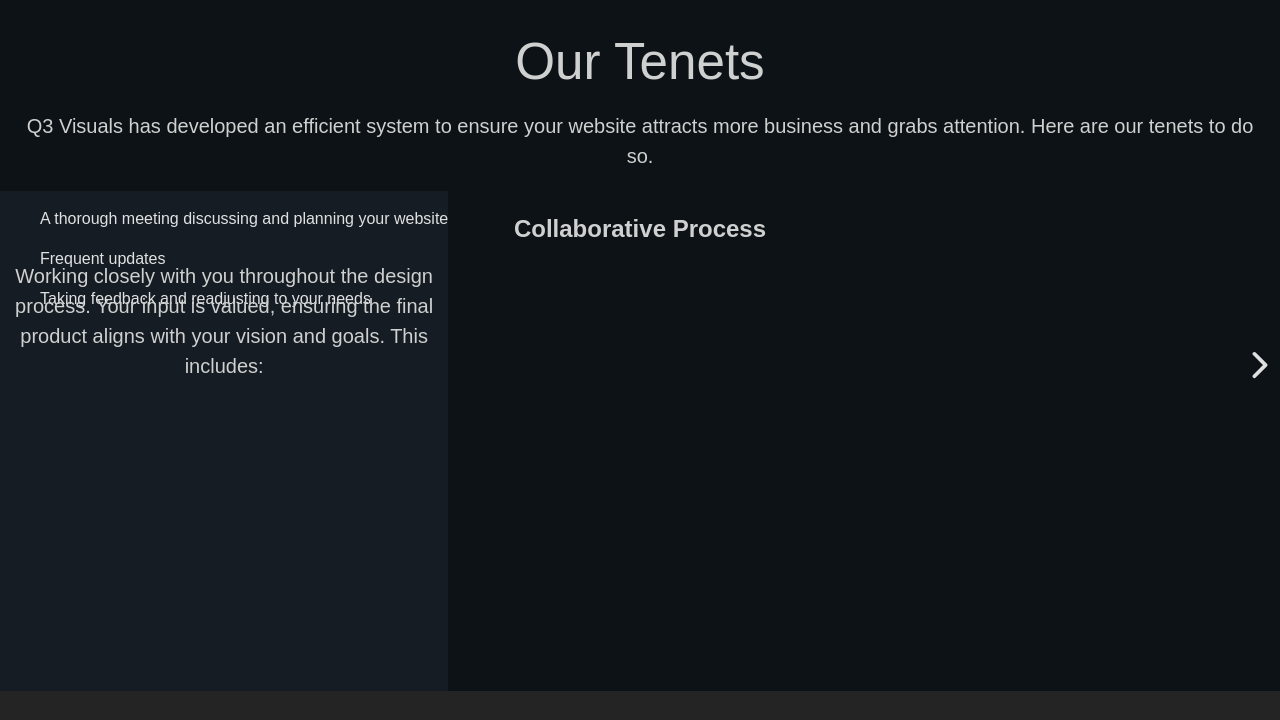
Repository: TMuse333/quantumDesigns
Page: /process
These files come from the project's save history. The page is drawn as it stood at one moment and after a run of saves; the edit follows.
The browser window is 1280 px wide. The pictures show the whole page.
The project was rebuilt for these pictures with package versions that can differ from the ones it lists, and the page was loaded fresh each time. Also part of the build but not shown: vite.config.js, src/styles/navbar.css, src/components/navbar.jsx, src/styles/herobanner.css, src/components/Herobanner.jsx, src/components/intro.jsx, src/styles/tenets.css, src/components/tenets.jsx and 8 more.

Above is the page before, as saved 2023-12-16 19:25:12.

### index.html
<!doctype html>
<html lang="en">
  <head>
    <meta charset="UTF-8" />
    <link rel="icon" type="image/svg+xml" href="/vite.svg" />
    <link rel="preconnect" href="https://fonts.googleapis.com">
<link rel="preconnect" href="https://fonts.gstatic.com" crossorigin>
<link href="https://fonts.googleapis.com/css2?family=Noto+Sans+Linear+A&display=swap" rel="stylesheet" integrity="your-integrity-value" crossorigin="anonymous">

<link rel="preconnect" href="https://fonts.googleapis.com">
<link rel="preconnect" href="https://fonts.gstatic.com" crossorigin>
<link href="https://fonts.googleapis.com/css2?family=Noto+Sans+Linear+A&family=Open+Sans:ital@1&display=swap" rel="stylesheet">
<link rel="stylesheet" href="https://fonts.googleapis.com/css2?family=Roboto:wght@400;700&display=swap">


    <meta name="viewport" content="width=device-width, initial-scale=1.0" />
    <title>Vite + React</title>
  </head>
  <body>
    <div id="root"></div>
    <script type="module" src="/src/main.jsx"></script>
  </body>
</html>

### src/main.jsx
import './index.css'
import * as React from 'react';
import { StrictMode } from 'react';
import { createRoot } from 'react-dom/client';
import { BrowserRouter } from 'react-router-dom';

import App from './App';

const rootElement = document.getElementById('root');
const root = createRoot(rootElement);

root.render(
  <StrictMode>
    <BrowserRouter>
      <App />
    </BrowserRouter>
  </StrictMode>
);

### src/index.css
:root {
  font-family: Inter, system-ui, Avenir, Helvetica, Arial, sans-serif;
  line-height: 1.5;
  font-weight: 400;

  color-scheme: light dark;
  color: rgba(255, 255, 255, 0.87);
  background-color: #242424;

  font-synthesis: none;
  text-rendering: optimizeLegibility;
  -webkit-font-smoothing: antialiased;
  -moz-osx-font-smoothing: grayscale;
}

html{
  overflow-x: hidden;
}

a {
  font-weight: 500;
  color: #646cff;
  text-decoration: inherit;
}
a:hover {
  color: #535bf2;
}

body {
  margin: 0;
  padding:0;
  display: flex;
  place-items: center;
  min-width: 100vw;
  min-height: 100vh;
  overflow-x: hidden;
}

h1 {
  font-size: 3.2em;
  line-height: 1.1;
}

button {
  border-radius: 8px;
  border: 1px solid transparent;
  padding: 0.6em 1.2em;
  font-size: 1em;
  font-weight: 500;
  font-family: inherit;
  background-color: #1a1a1a;
  cursor: pointer;
  transition: border-color 0.25s;
}
button:hover {
  border-color: #646cff;
}
button:focus,
button:focus-visible {
  outline: 4px auto -webkit-focus-ring-color;
}

### src/App.jsx
import { useState } from 'react'
import { Link } from 'react-router-dom'



import './App.css'
import Navbar from './components/navbar'
import Layout from './components/layout'
import Testimonials from "./components/testimonials";
import {
  BrowserRouter as Router,

  Route, Routes

} from "react-router-dom";
import Process from './components/process'

function App() {
  const [count, setCount] = useState(0)

  return (
    <>

    <Routes>

      <Route path='/'
      element={<Layout/>}
      />

      <Route path='process' element={<Process/>}>

      </Route>


    </Routes>




     </>
  )
}

export default App

### src/App.css
#root {
  max-width: 1280px;
  margin: 0 auto;

  text-align: center;
}

:root{
  /* --primary-color:rgb(5, 23, 111); */
  --tag-color:rgb(10, 9, 17);
  --primary-color:rgb(13, 18, 22);
}

.layout{
  width:100vw;
  margin-top: -5rem;
  position: absolute;
  left:0;
  top:120px;
  background-color: var( --primary-color);
  /* overflow-x: hidden; */

}

.before-title-text{
 font-weight: bold;
 margin-bottom: -0.5rem;
}

.bold-700{
  font-weight: 700;
}

.title-text{
  width:100vw;
  font-weight: 350;
  /* font-size: 35px; */
  margin-bottom: 0.1rem;

  margin-bottom: 1rem;
  font-family: 'spartan',sans-serif;
  color:#cfd0d0;

}

.description-text{
  padding: 0 15px 0 15px;
    font-family: 'Palatino Sans', 'Palatino Sans Informal', 'Palatino Sans Text', 'Palatino Sans W1G', 'Palatino Sans W01', sans-serif;
font-weight: 300;
font-size: 20px;
color:#cfd0d0

}

.button {
  display: inline-block;
  padding: 12px 24px;
  font-size: 16px;
  font-weight: bold;
  text-align: center;
  text-decoration: none;
  cursor: pointer;
  border: 2px solid #00bfff; /* Quantum blue color */
  color: #00bfff;
  background-color: transparent;
  border-radius: 8px;
  transition: background-color 0.3s ease, color 0.3s ease;
  width:max-content;
  margin-left: auto;
  margin-right: auto;
  margin-bottom: 3rem;
}

.button:hover {
  background-color: #00bfff; /* Quantum blue color on hover */
  color: #fff; /* White text on hover */
}

### src/components/process.jsx
import React from "react";
import { useState } from "react";
import '../styles/process.css'
import { tenets } from "./skillDesc";
import { IoIosArrowBack, IoIosArrowForward } from 'react-icons/io';
import { motion, AnimatePresence } from "framer-motion";

const Process = () => {
    const [currentTenet, setCurrentTenet] = useState(0);

    const nextTenet = () => {
        setCurrentTenet((prevIndex) => (prevIndex + 1) % tenets.length);
    };

    const prevTenet = () => {
        setCurrentTenet((prevIndex) => (prevIndex - 1 + tenets.length) % tenets.length);
    };

    return (
        <div className="process-container">
            <h1 className="title-text">Our Tenets</h1>
            <p className="description-text">
                Q3 Visuals has developed an
                efficient system to ensure your website
                attracts more business and grabs attention.
                Here are our tenets to do so.
            </p>


            <div className="arrow-container">
                <IoIosArrowBack className="arrow arrow-left" onClick={prevTenet} />
                <div className="tenet">

                    <AnimatePresence>


                    <motion.h2 key={currentTenet}
                    initial={{ opacity: 0,x: -10 }}
                    animate={{ opacity: 1, x:0 }}
                     exit={{ opacity: 0 }}
                     className="title-text bold-700 tenet-title">{tenets[currentTenet].name}
                    </motion.h2>
                    </AnimatePresence>
                    <p className="description-text tenet-desc">{tenets[currentTenet].description}</p>
                    <ul className="points">
                {tenets[currentTenet].points.map((point, index) => (
                    <li key={index}>{point}</li>
                ))}
            </ul>
                </div>
                <IoIosArrowForward className="arrow arrow-right" onClick={nextTenet} />
            </div>
        </div>
    );
};

export default Process;

### src/styles/testimonial.css
.testimonial-container{
    width:100vw;
    background-color: var(--primary-color);
 padding-bottom: 4rem;
 margin-top: -2rem;
    position: relative;

    /* border: 2px solid white; */
}

.testimonial {
    background-color: black;
    padding-left: 1rem;
    text-align: left;
    padding-bottom: 40px;
    width:80vw;
   display: flex;
   flex-direction: column;
   margin-left: auto;
   margin-right: auto;

}

.quote{

    font-weight: bold;
    font-size: 30px;
}

.effect{
    font-weight: 500;
    font-family: 'spartan',sans-serif;
    font-size: 20px;
}

.author {
    margin-top: 0rem;
    font-weight: bold;
    font-size:20px;
}

.title{
    margin-top: -1rem;
    font-size:20px;
}

.arrow-container{
    display: flex;
}

.arrow{
    position: absolute;
    top:50%;
    font-size: 40px;
}

.arrow-right{
    right:0;
}

.deliver{
    font-size: 30px;
}

### src/components/skillDesc.js
export const tenets = [
    {
        name: "Collaborative Process",
        description: "Working closely with you throughout the design process. Your input is valued, ensuring the final product aligns with your vision and goals."+
        " This includes:",
        points:[
            'A thorough meeting discussing and planning your website',
            'Frequent updates',
            'Taking feedback and readjusting to your needs'
        ]
    },
    {
        name: "Creative and Unique Design",
        description: "Crafting visually captivating and one-of-a-kind designs that reflect the uniqueness of your brand. We prioritize creativity to make your website stand out.",
        points:[
            'Animations to enhance user experience while maintaining simplicity',
            'Emphasizing key words with bold font styles',
            'Infusing dynamic visuals and persuasive typography for get more business.'
        ]
    },

    {
        name: "Primal Human Instincts",
        description: "Q3 Visuals implements techniques based on fundamental aspects of human psychology "+
        'to give your website the highest probability of succeeding. This includes, but certainly not limited to:',
        points:[
            'Visual appeal: Humans are visually oriented beings',
            'Using persuasive typography to create a sense of urgency',
            'Using testimonials as social proof, as humans are drawn to be in groups',

        ]
    },
    {
        name: "3D Models",
        description: "Incorporating dynamic 3D models to enhance the visual appeal of your website. This adds a layer of interactivity and engages visitors in a unique and immersive experience.",
        points:[
            'A thorough meeting discussing and planning your website',
            'Frequent updates',
            'Taking feedback and readjusting to your needs'
        ]
    },

];


export const testimonials = [
    {
        quote: 'He exceeded our expectations!',
        effect: 'Quantum Designs transformed our vision into a stunning website. They are responsive, creative, and delivered beyond our expectations.',
        author: 'Jane Doe',
        title: 'Satisfied Client'
    },
    {
        quote: 'Innovative and highly skilled team!',
        effect: 'Working with Quantum Designs was a game-changer for our online presence. Their innovative approach and technical expertise are commendable.',
        author: 'John Smith',
        title: 'Tech Enthusiast'
    },
    {
        quote: 'Reliable and professional service!',
        effect: 'Quantum Designs provided a reliable and professional service. They were attentive to our needs and delivered a website that truly represents our brand.',
        author: 'Emily Johnson',
        title: 'Business Owner'
    },
];

### src/styles/process.css
.process-container{
    width:100vw;
    background-color: var(--primary-color);
    position:absolute;
    top:0;
    left:0;

}

.points li {
    list-style: none;
    margin-top: 1rem;
    text-align: left;
 font-family: 'spartan',sans-serif;
}

.tenet-title{
      position: absolute;
      top:0px;

}

.tenet-desc{
    position: absolute;
    top:50px
}

.tenet{
   background-color: rgb(21, 28, 35);
   position: relative;
   height:500px
}

### src/styles/intro.css
.intro-container{
    width:100vw;
    display: flex;
    flex-direction: column;
    background-color: var(--primary-color);


}

.intro {
    width:100vw;
    font-weight: 350;
    font-size: 35px;
    margin-bottom: 0.1rem;
    margin-top: 1rem;

}

.bold-700{
    font-weight: 700;
}

.intro-end{
    margin-top: 0rem;
    padding:0 10px 0 10px;
    font-weight: 550;
    font-family: 'spartan',sans-serif;
    color:#cfd0d0;

}





.intro-container p{

}

After the next 3 saves:
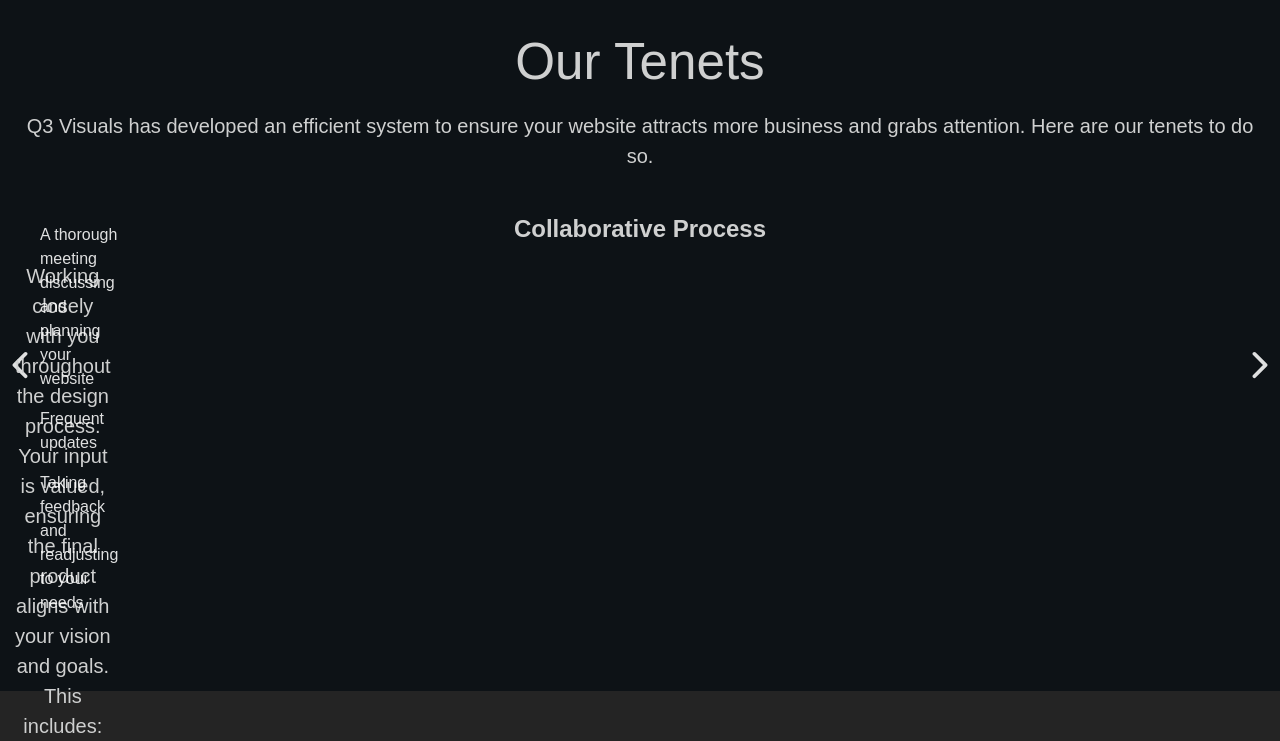
The 3 saves are shown as one change because they came seconds apart.
The last was saved 25 s later.
--- a/src/styles/process.css
+++ b/src/styles/process.css
@@ -5,6 +5,10 @@
     top:0;
     left:0;
 
+}
+
+.points{
+    position: absolute;
 }
 
 .points li {

After the save that followed:
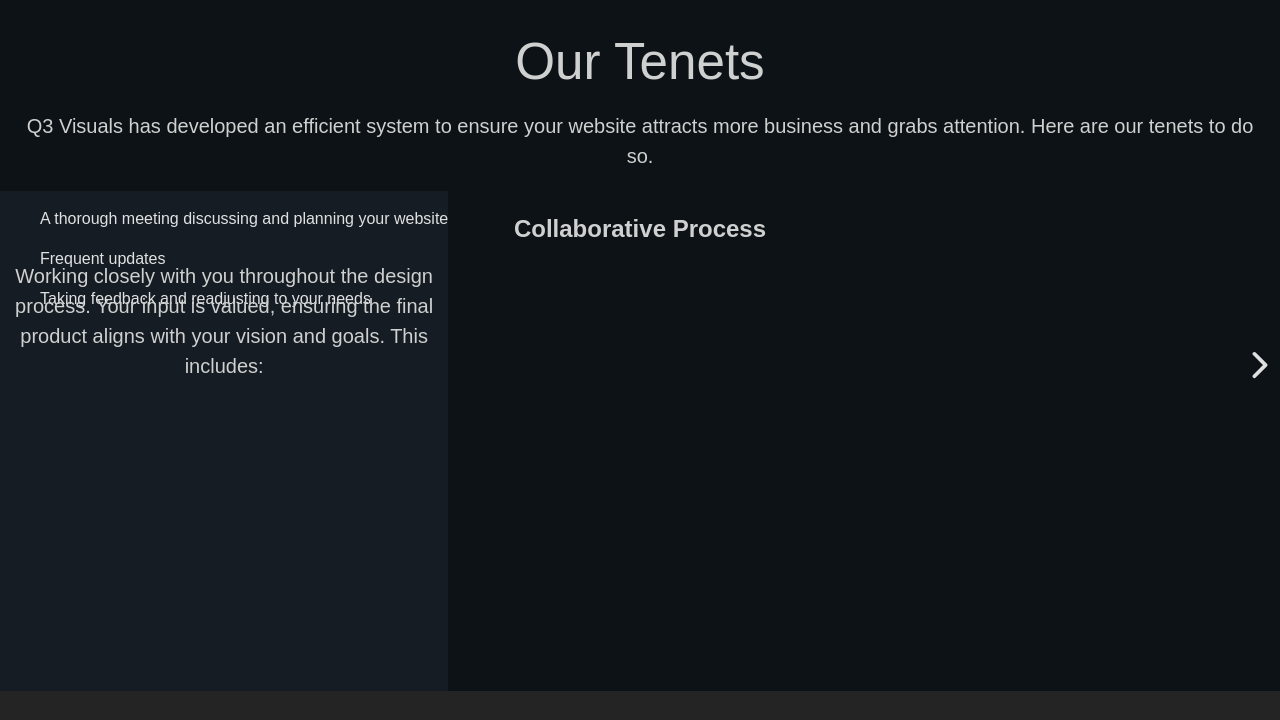
Saved 12 s later.
--- a/src/styles/process.css
+++ b/src/styles/process.css
@@ -8,7 +8,7 @@
 }
 
 .points{
-    position: absolute;
+
 }
 
 .points li {
